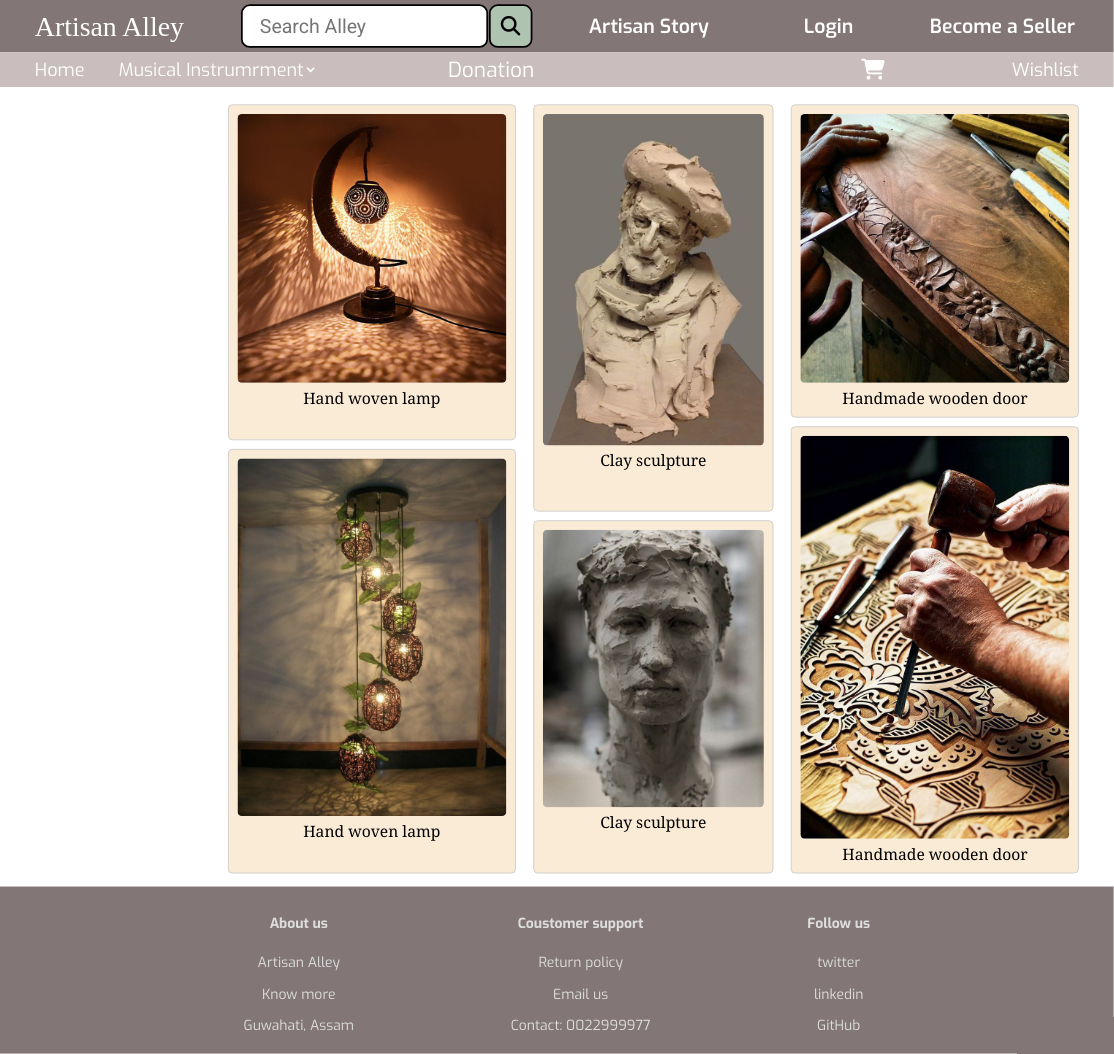
Repository: RingkhangBTY/Bytehacks_Hackathon_Project
Page: index.html
The author's editor kept a copy of each file at every save. The page is drawn from the files as they stood at one save, then again after the next save.
The browser window is 1280 px wide. The pictures show the whole page, at 87% of full size.
Some web fonts or font styles are not loaded; a fallback is used.

Above is the page before, as saved 2024-11-27 09:58:42.

After the next save:
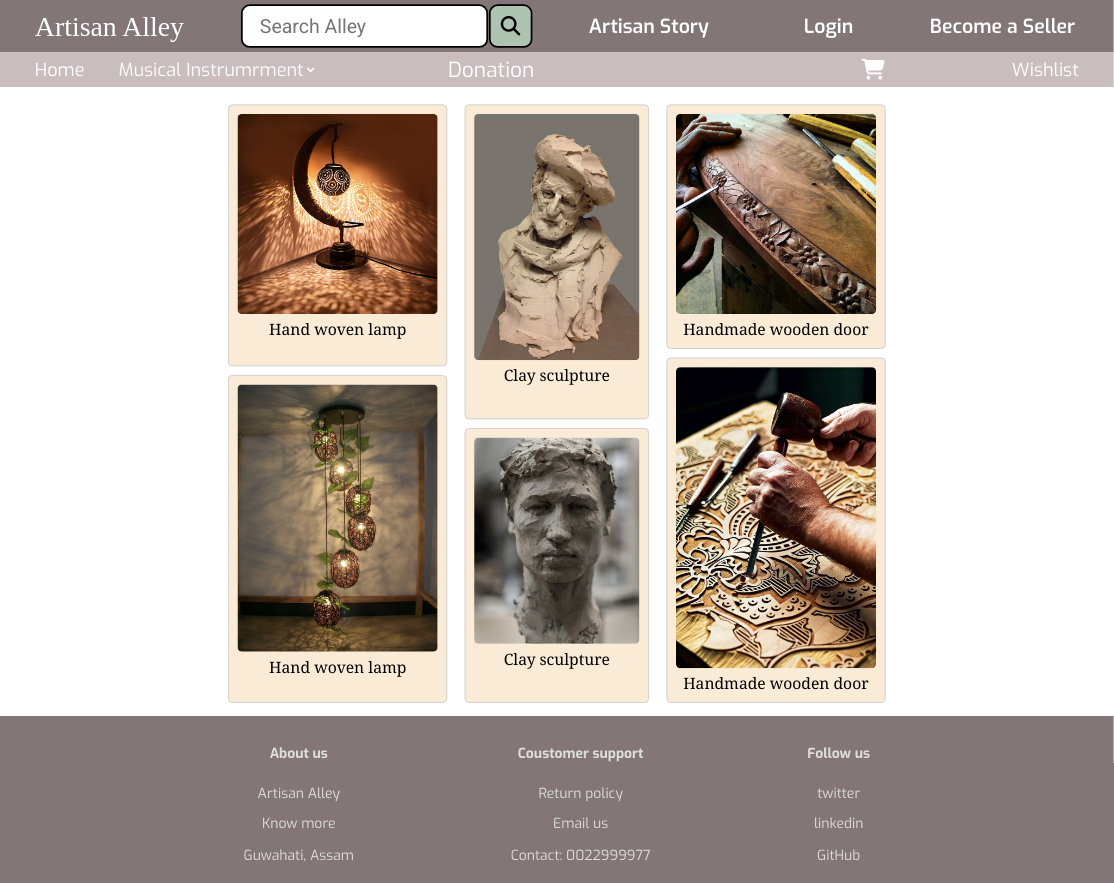
Saved 4 s later.
--- a/style.css
+++ b/style.css
@@ -179,7 +179,7 @@ body {
   padding-left: 20%;
 }
 .right-container{
-  padding-right: 30px;
+  padding-right: 20%;
 }
 .grid-layout{
   display: grid;
